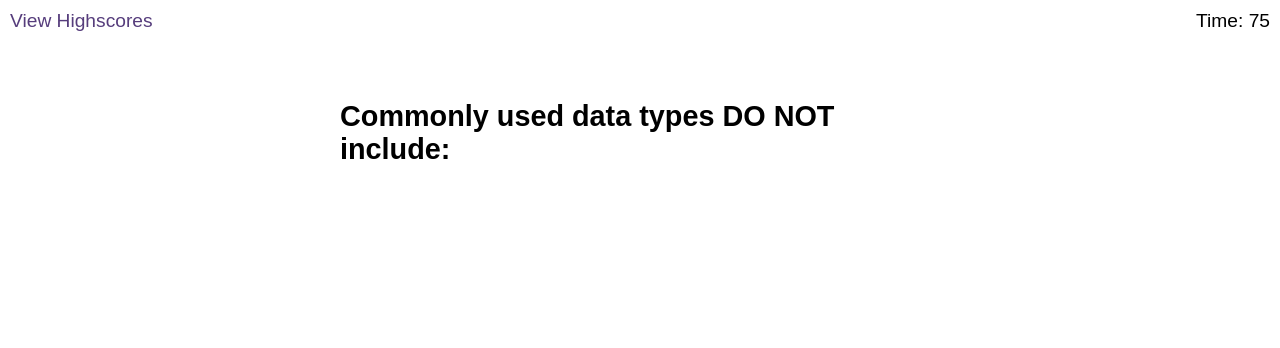
Repository: LaBrewT2/web-api
Page: index.html
These files come from the project's save history. The page is drawn as it stood at one moment and after a run of saves; the edit follows.
The browser window is 1280 px wide. The pictures show the whole page.
After loading, the first visible `#start` was clicked once.

Above is the page before, as saved 2020-11-02 16:45:18.

After the next 2 saves:
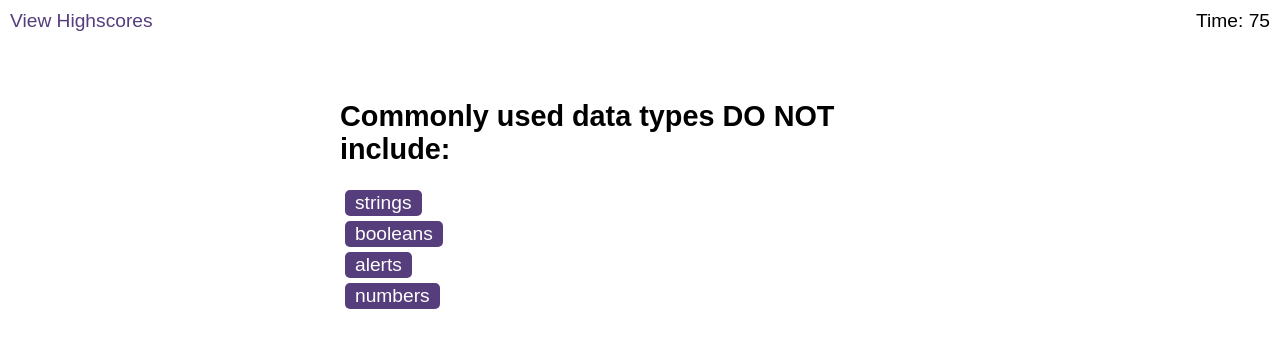
The 2 saves are shown as one change because they came seconds apart.
The last was saved 36 s later.
--- a/js/logic.js
+++ b/js/logic.js
@@ -43,6 +43,16 @@ function getQuestion() {
   // create new button for each choice
   // attach click event listener to each choice
   // display on the page
+  for (const choices of questions[currentQuestionIndex].choices) {
+    var button = document.createElement('button');
+    button.setAttribute('class', "button");
+    button.innerHTML = choices;
+    document.querySelector("#choices").append(button);
+  }
+  document.querySelector('#choices').addEventListener('click', function (event) {
+    event.stopPropagation()
+    questionClick(event.target.innerHTML);
+  })
 }
 
 function questionClick() {
